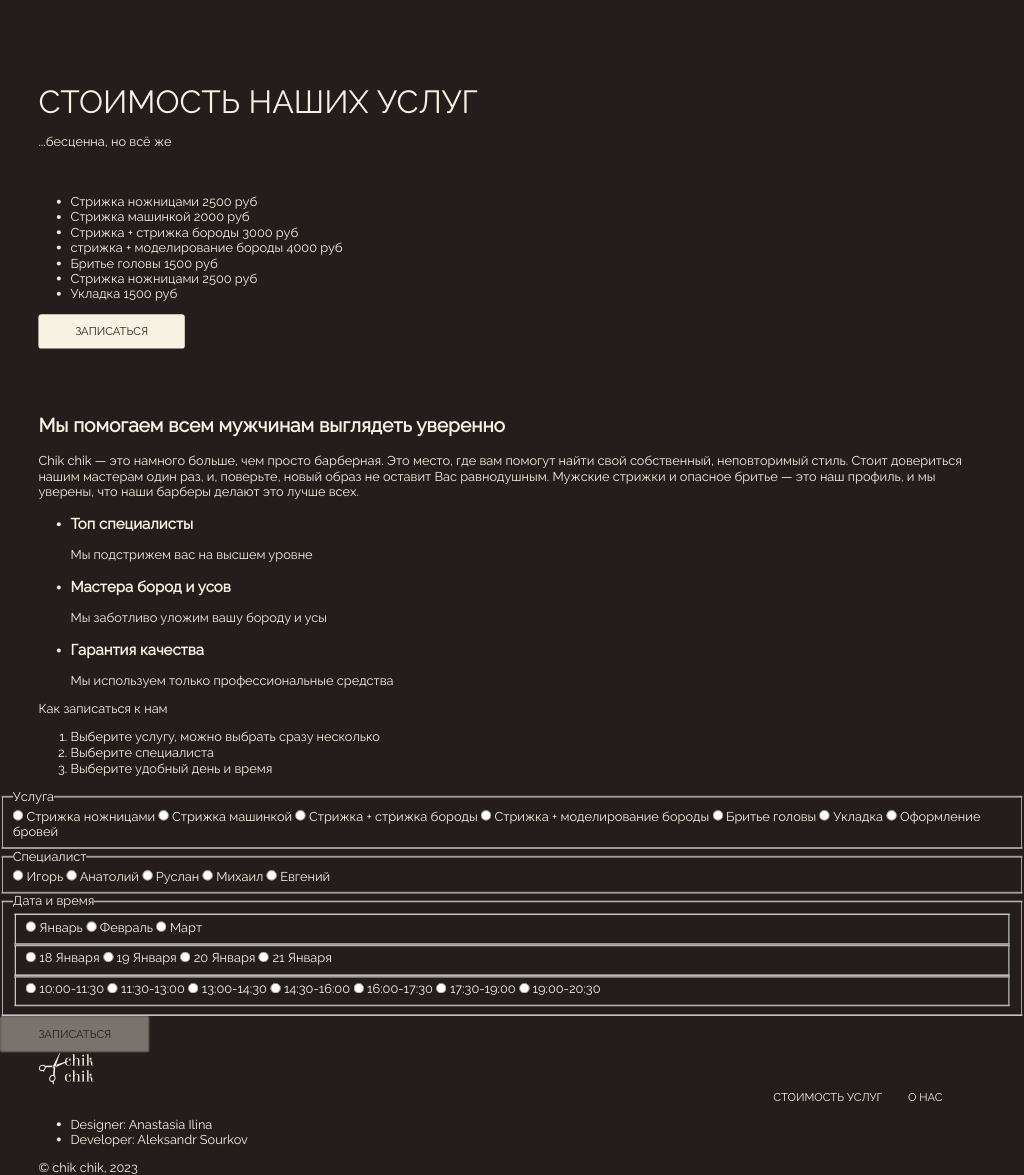
Repository: alexboagreek/chick-chick
Page: index.html
The author's editor kept a copy of each file at every save. The page is drawn from the files as they stood at one save, then again after a run of saves.
The browser window is 1280 px wide. The pictures show the part of the page from y = 646 to 2115 px (the page is 2115 px tall), at 80% of full size.
A picture or video elsewhere on the page could not be fetched, so the positions and the page height are approximate.

Above is the page before, as saved 2023-01-18 17:27:18.

### index.html
<!DOCTYPE html>
<html lang="ru">
<head>
    <meta charset="UTF-8">
    <meta http-equiv="X-UA-Compatible" content="IE=edge">
    <meta name="viewport" content="width=device-width, initial-scale=1.0">
    <link rel="stylesheet" href="styles/style.css">
    <link rel="icon" href="assets/icons/favicon.png" sizes="32X32" type="img/png">
    <title>Chick-Chick BarberShop</title>
</head>
<body>
    <header class="header">
        <div class="container">
            <div class="header__container">
                <img class="header__logo" src="assets/img/logo.svg" alt="логотип барбершоп Chick-Chick" width="70" height="40">

                <nav class="navigation header__navigation">
                    <ul class="navigation__list">
                        <li class="navigation__item">
                            <a href="#price" class="navigation__link">Стоимость услуг</a>
                        </li>
                        <li class="navigation__item">
                            <a href="#about" class="navigation__link">О нас</a>
                        </li>
                    </ul>
                </nav>

                <a href="#reserve" class="header__link main-link">Записаться</a>
            </div>
        </div>
    </header>

    <main>
        <section class="hero">
            <div class="container">
                <h1 class="hero__title">
                    <span class="visually-hidden">Барбершоп Chick-Chick</span>
                    <span>
                        Мы создаём искусство, которое не стыдно показать
                    </span>
                </h1>
               <div class="slider hero__slider">
                <div class="slider__container">
                    <ul class="slider__list">
                        <li class="slider__item">
                            <img src="assets/img/slide_01.jpg" alt="модельная стрижка" class="slider__img">
                        </li>
                        <li class="slider__item slider__item_active">
                            <img src="assets/img/slide_3.svg" alt="модельная стрижка" class="slider__img">
                        </li>
                        <li class="slider__item">
                            <img src="assets/img/slide_4.svg" alt="модельная стрижка" class="slider__img">
                        </li>
                        <li class="slider__item">
                            <img src="assets/img/slide_4.svg" alt="модельная стрижка" class="slider__img">
                        </li>
                        <li class="slider__item">
                            <img src="assets/img/slide_4.svg" alt="модельная стрижка" class="slider__img">
                        </li>
                        <li class="slider__item">
                            <img src="assets/img/slide_4.svg" alt="модельная стрижка" class="slider__img">
                        </li>
                        <li class="slider__item">
                            <img src="assets/img/slide_4.svg" alt="модельная стрижка" class="slider__img">
                        </li>
                        <li class="slider__item">
                            <img src="assets/img/slide_4.svg" alt="модельная стрижка" class="slider__img">
                        </li>
                    </ul>

                    <button class="slider__arrow slider__arrow_left" aria-label="предыдущий слайд"></button>
                    <button class="slider__arrow slider__arrow-right" aria-label="следующий слайд"></button>
                </div>
               </div>
            </div>
        </section>
        <section class="price" id="price">
            <div class="container">
                <h2 class="price__title">Стоимость наших услуг</h2>
                <p class="price__tagline">...бесценна, но всё же</p>

                <div class="price__wrapper-content">
                    <div class="price__content">
                        <ul class="price__list">
                            <li class="price__item">
                                <span class="price__item-title">Стрижка ножницами</span>
                                <span class="price__item-count">2500 руб</span>
                            </li>
                            <li class="price__item">
                                <span class="price__item-title">Стрижка машинкой</span>
                                <span class="price__item-count">2000 руб</span>
                            </li>
                            <li class="price__item">
                                <span class="price__item-title">Стрижка + стрижка бороды</span>
                                <span class="price__item-count">3000 руб</span>
                            </li>
                            <li class="price__item">
                                <span class="price__item-title">стрижка + моделирование бороды</span>
                                <span class="price__item-count">4000 руб</span>
                            </li>
                            <li class="price__item">
                                <span class="price__item-title">Бритье головы</span>
                                <span class="price__item-count">1500 руб</span>
                            </li>
                            <li class="price__item">
                                <span class="price__item-title">Стрижка ножницами</span>
                                <span class="price__item-count">2500 руб</span>
                            </li>
                            <li class="price__item">
                                <span class="price__item-title">Укладка</span>
                                <span class="price__item-count">1500 руб</span>
                            </li>
                        </ul>

                        <a href="#reserve" class="price__link main-link">Записаться</a>
                    </div>
                </div>
            </div>
        </section>
        <section class="about" id="about">
            <div class="container">
                <h2 class="about__title">Мы помогаем всем мужчинам выглядеть уверенно</h2>
                <p class="about__description">
                    Сhik chik — это намного больше, чем просто барберная. Это место, где вам помогут найти свой собственный, неповторимый стиль. Стоит довериться нашим мастерам один раз, и, поверьте, новый образ не оставит Вас равнодушным. Мужские стрижки и опасное бритье — это наш профиль, и мы уверены, что наши барберы делают это лучше всех.
                </p>

                <ul class="about__list">
                    <li class="about__item">
                        <h3 class="about__item-title">Топ специалисты</h3>
                        <p class="about__item-description">Мы подстрижем вас на высшем уровне</p>
                    </li>
                    <li class="about__item">
                        <h3 class="about__item-title">Мастера бород и усов</h3>
                        <p class="about__item-description">Мы заботливо уложим вашу бороду и усы</p>
                    </li>
                    <li class="about__item">
                        <h3 class="about__item-title">Гарантия качества</h3>
                        <p class="about__item-description">Мы используем только профессиональные средства</p>
                    </li>
                </ul>
            </div>
        </section>
        <section class="reserve" id="reserve">
            <div class="container">
                <div class="reserve__title">Как записаться к нам</div>

                <ol class="reserve__list">
                    <li class="reserve__item">Выберите услугу, можно выбрать сразу несколько</li>
                    <li class="reserve__item">Выберите специалиста</li>
                    <li class="reserve__item">Выберите удобный день и время</li>
                </ol>
            </div>

            <form class="reserve__form">
                <div class="reserve__form-container">
                    <fieldset class="reserve__fieldset">
                        <legend class="reserve__legend">Услуга</legend>

                        <label class="radio">
                            <input class="radio__input" type="radio" name="service">
                            <span class="radio__label">Стрижка ножницами</span>
                        </label>

                        <label class="radio">
                            <input class="radio__input" type="radio" name="service">
                            <span class="radio__label">Стрижка машинкой</span>
                        </label>

                        <label class="radio">
                            <input class="radio__input" type="radio" name="service">
                            <span class="radio__label">Стрижка + стрижка бороды</span>
                        </label>

                        <label class="radio">
                            <input class="radio__input" type="radio" name="service">
                            <span class="radio__label">Стрижка + моделирование бороды</span>
                        </label>

                        <label class="radio">
                            <input class="radio__input" type="radio" name="service">
                            <span class="radio__label">Бритье головы</span>
                        </label>
                        <label class="radio">
                            <input class="radio__input" type="radio" name="service">
                            <span class="radio__label">Укладка</span>
                        </label>

                        <label class="radio">
                            <input class="radio__input" type="radio" name="service">
                            <span class="radio__label">Оформление бровей</span>
                        </label>
                    </fieldset>

                    <fieldset class="reserve__fieldset">
                        <legend class="reserve__legend">Специалист</legend>

                        <label class="radio">
                            <input class="radio__input" type="radio" name="spec" >
                            <span class="radio__label radio__label_spec">Игорь</span>
                        </label>

                        <label class="radio">
                            <input class="radio__input" type="radio" name="spec" >
                            <span class="radio__label radio__label_spec">Анатолий</span>
                        </label>

                        <label class="radio">
                            <input class="radio__input" type="radio" name="spec" >
                            <span class="radio__label radio__label_spec">Руслан</span>
                        </label>

                        <label class="radio">
                            <input class="radio__input" type="radio" name="spec" >
                            <span class="radio__label radio__label_spec">Михаил</span>
                        </label>

                        <label class="radio">
                            <input class="radio__input" type="radio" name="spec" >
                            <span class="radio__label radio__label_spec">Евгений</span>
                        </label>

                    </fieldset>

                    <fieldset class="reserve__fieldset">
                        <legend class="reserve__legend">Дата и время</legend>

                        <fieldset class="reserve__fieldset reserve__fieldset_sub">
                            <label class="radio">
                                <input class="radio__input" type="radio" name="month" >
                                <span class="radio__label radio__label_spec">Январь</span>
                            </label>
                            <label class="radio">
                                <input class="radio__input" type="radio" name="month" >
                                <span class="radio__label radio__label_spec">Февраль</span>
                            </label>
                            <label class="radio">
                                <input class="radio__input" type="radio" name="month" >
                                <span class="radio__label radio__label_spec">Март</span>
                            </label>
                        </fieldset>

                        <fieldset class="reserve__fieldset reserve__fieldset_sub">
                            <label class="radio">
                                <input class="radio__input" type="radio" name="day" >
                                <span class="radio__label radio__label_spec">18 Января</span>
                            </label>
                            <label class="radio">
                                <input class="radio__input" type="radio" name="day" >
                                <span class="radio__label radio__label_spec">19 Января</span>
                            </label>
                            <label class="radio">
                                <input class="radio__input" type="radio" name="day" >
                                <span class="radio__label radio__label_spec">20 Января</span>
                            </label>
                            <label class="radio">
                                <input class="radio__input" type="radio" name="day" >
                                <span class="radio__label radio__label_spec">21 Января</span>
                            </label>
                        </fieldset>

                        <fieldset class="reserve__fieldset reserve__fieldset_sub">
                            <label class="radio">
                                <input class="radio__input" type="radio" name="time" >
                                <span class="radio__label radio__label_spec">10:00-11:30</span>
                            </label>
                            <label class="radio">
                                <input class="radio__input" type="radio" name="time" >
                                <span class="radio__label radio__label_spec">11:30-13:00</span>
                            </label>
                            <label class="radio">
                                <input class="radio__input" type="radio" name="time" >
                                <span class="radio__label radio__label_spec">13:00-14:30</span>
                            </label>
                            <label class="radio">
                                <input class="radio__input" type="radio" name="time" >
                                <span class="radio__label radio__label_spec">14:30-16:00</span>
                            </label>
                            <label class="radio">
                                <input class="radio__input" type="radio" name="time" >
                                <span class="radio__label radio__label_spec">16:00-17:30</span>
                            </label>
                            <label class="radio">
                                <input class="radio__input" type="radio" name="time" >
                                <span class="radio__label radio__label_spec">17:30-19:00</span>
                            </label>
                            <label class="radio">
                                <input class="radio__input" type="radio" name="time" >
                                <span class="radio__label radio__label_spec">19:00-20:30</span>
                            </label>
                        </fieldset>
                    </fieldset>
                </div>

                <button class="reserve__btn main-link" disabled>Записаться</button>
            </form>
        </section>
    </main>

    <footer class="footer">
        <div class="container">
            <img src="assets/img/logo.svg" alt="Логотип барбершоп Chick-Chick">

            <nav class="navigation header__navigation">
                <ul class="navigation__list">
                    <li class="navigation__item">
                        <a href="#price" class="navigation__link">Стоимость услуг</a>
                    </li>
                    <li class="navigation__item">
                        <a href="#about" class="navigation__link">О нас</a>
                    </li>
                </ul>
            </nav>
            <ul>
                <li>Designer: Anastasia Ilina</li>
                <li>Developer: Aleksandr Sourkov</li>
            </ul>

            <div class="footer__copyright">
                © chik chik, 2023
            </div>
        </div>
    </footer>
</body>
</html>

### styles/style.css
@import 'normalize.css';
@import 'header.css';
@import 'navigation.css';
@import 'main-link.css';
@import 'hero.css';
@import 'slider.css';
@import 'price.css';

@font-face {
    font-family: 'Raleway';
    font-style: normal;
    font-weight: 400;
    src: url('../assets/fonts/raleway-v28-latin_cyrillic-regular.woff2') format('woff2'),
        url('../assets/fonts/raleway-v28-latin_cyrillic-regular.woff') format('woff');
}

html {
    box-sizing: border-box;
}

*, *::after, *::before {
    box-sizing: inherit;
}

body {
    min-width: 320px;
    font-family: 'Raleway', sans-serif;
    font-size: 16px;
    font-weight: 400;
    background-color: #241D1C;
    line-height: 1.2;
    color: #F6F3E3;
}

img {
    max-width: 100%;
    height: auto;
}

.visually-hidden {
    position: fixed;
    transform: scale(0);
}

.container {
    max-width: 1312px;
    padding: 0 48px;
    margin: 0 auto;
}

### styles/header.css
.header__container {
    display: flex;
    align-items: center;
    justify-content: space-between;
    padding-top: 16px;
    padding-bottom: 17px;
    border-bottom: 1px solid #BFBDB2;
}

.header__navigation {
    flex-grow: 1;
    display: flex;
    justify-content: flex-end;
    margin-right: 54px;
}

@media (max-width: 768px) {
    .header__navigation {
        display: none;
    }
}

### styles/navigation.css
.navigation__list {
    margin: 0;
    padding: 0;
    list-style: none;
    display: flex;
    align-items: center;
    gap: 32px;
}

.navigation__link {
    color: inherit;
    text-decoration: none;
    font-size: 14px;
    line-height: 1;
    text-transform: uppercase;
}

### styles/main-link.css
.main-link {
    display: inline-block;
    border-radius: 4px;
    padding: 13px 46px;
    font-size: 14px;
    text-decoration: none;
    text-transform: uppercase;
    color: #241D1C;
    background-color: #F6F3E3;
    cursor: pointer;
}

.main-link:hover:not(:disabled) {
    background-color: #EFE7BE;
}

.main-link:focus-visible {
    outline: 1px solid #FFFFFF;
}

.main-link:disabled {
    opacity: 0.4;
}

@media (max-width: 560px) {
    .container {
        padding: 0 24px;
    }

    .main-link {
        padding: 10px 24px;
        font-size: 12px;
    }
}

### styles/hero.css
.hero {
    padding: 62px 0;
}

.hero__title {
    max-width: 904px;
    font-size: 54px;
    text-transform: uppercase;
    font-weight: 400;
    margin: 0 0 36px;
}

@media (max-width: 768px) {
    .hero {
        padding: 40px 0;
    }

    .hero__title {
        font-size: 40px;
        margin-bottom: 24px;
    }
}

@media (max-width: 560px) {
    .hero {
        padding: 32px 0;
    }

    .hero__title {
        font-size: 24px;
        margin-bottom: 16px;
        max-width: 420px;
    }
}

### styles/slider.css
.slider {
    overflow: hidden;
    position: relative;
}

.slider__container {
    /*display: none;*/
}

.slider__list {
    display: flex;
    list-style: none;
    padding: 0;
    margin: 0 -16px;
}

.slider__item {
    padding: 0 16px;
    flex-grow: 0;
    flex-shrink: 0;
    max-width: 25%;
}

.slider__item_active {
    max-width: 50%;
}

.slider__arrow {
    position: absolute;
    bottom: 30%;
    height: 8px;
    background-color: transparent;
    width: 64px;
    background-repeat: no-repeat;
    border: none;
    cursor: pointer;
}

.slider__arrow:hover {
    opacity: 0.8;
}

.slider__arrow:active {
    opacity: 0.5;
}

.slider__arrow_left {
    left: 8%;
    background-position: left;
    background-image: url("data:[embedded picture, 508 characters]");
}

.slider__arrow-right {
    right: 8%;
    background-position: right;
    background-image: url("data:[embedded picture, 508 characters]");
}

@media (max-width: 1024px) {
    .slider__item {
        max-width: 30%;
    }

    .slider__item_active {
        max-width: 40%;
    }

    .slider__arrow {
        bottom: 12%;
    }
}

@media (max-width: 768px) {
    .slider__item {
        max-width: 25%;
    }

    .slider__item_active {
        max-width: 50%;
    }

    .slider__arrow {
        width: 40px;
        bottom: 31%;
    }
}

@media (max-width: 560px) {
    .slider {
        padding-bottom: 20px;
    }

    .slider__item {
        max-width: 100%;
    }

    .slider__arrow {
        bottom: 0;
    }

    .slider__arrow_left {
        left: 0;
    }

    .slider__arrow-right {
        right: 0;
    }

}

### styles/price.css
.price {
    padding: 62px 0;
}

.price__title {
    font-weight: 400;
    font-size: 40px;
    text-transform: uppercase;
    margin: 0 0 16px;
}

.price__tagline {
    margin: 0 0 40px;
}

.price__wrapper-content {
    display: flex;
    gap: 32px;
}

.price__wrapper-content:before {

}

@media (max-width: 768px) {
    .price {
        padding: 62px 0;
    }
}

@media (max-width: 560px) {
    .price {
        padding: 62px 0;
    }
}

Loaded but not shown: styles/normalize.css (library)

After the next 2 saves:
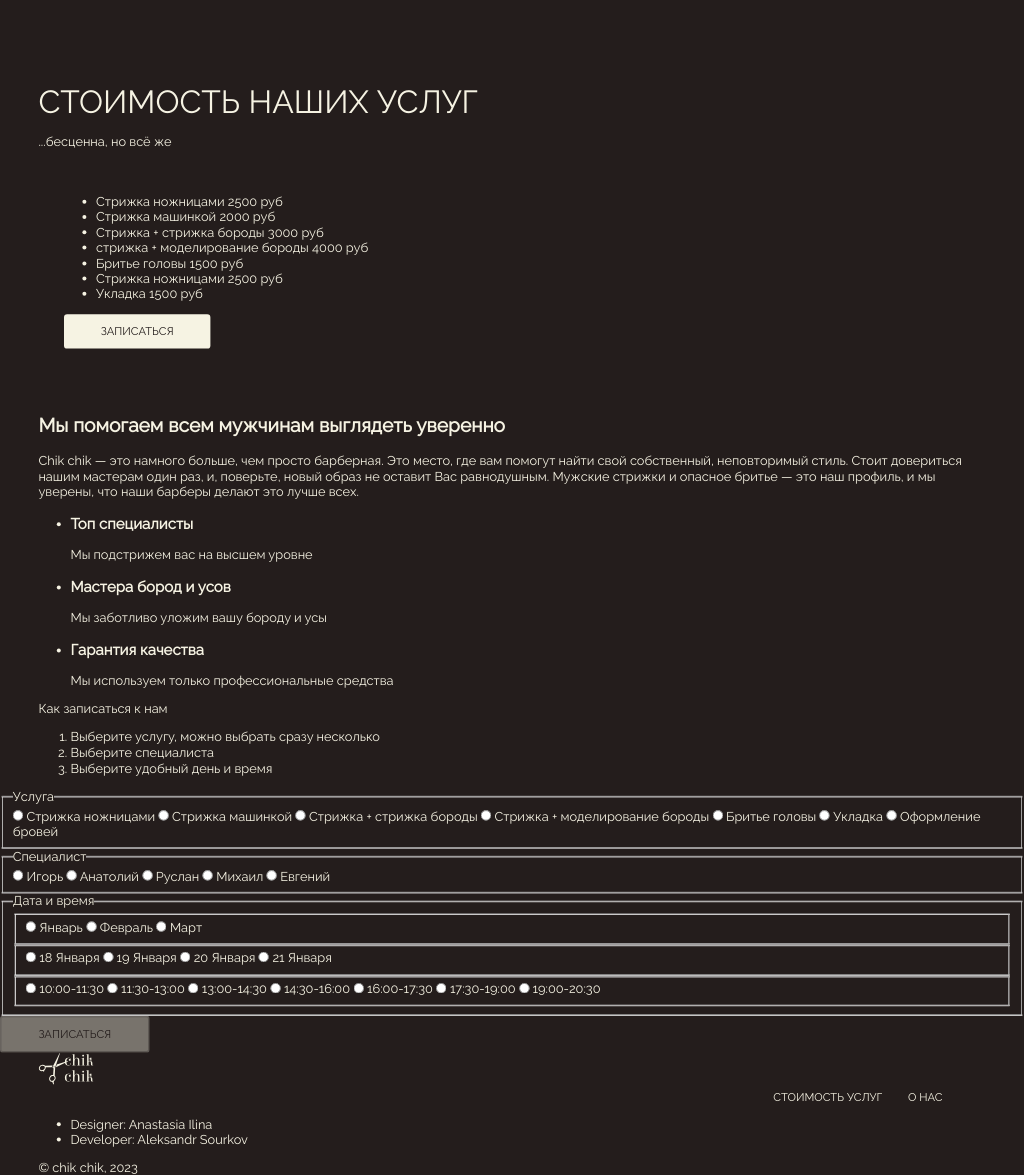
The 2 saves are shown as one change because they came seconds apart.
The last was saved 9 s later.
--- a/styles/price.css
+++ b/styles/price.css
@@ -19,7 +19,7 @@
 }
 
 .price__wrapper-content:before {
-
+    content: '';
 }
 
 @media (max-width: 768px) {
